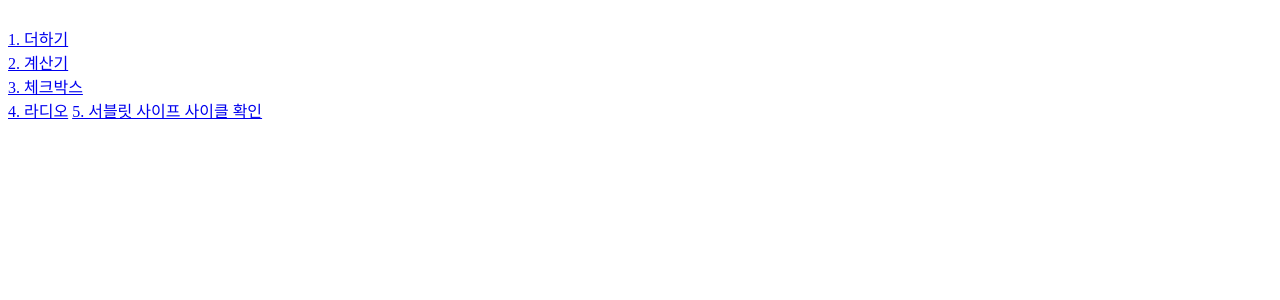
Repository: minimelody/servlet
Page: webworkspace2/web1/WebContent/index.html
An editor plug-in stored every save of this project. The page is shown before and after the next save, followed by the edit.
The browser window is 1280 px wide. The pictures show the whole page.

Above is the page before, as saved 2018-05-18 00:55:22.

### webworkspace2/web1/WebContent/index.html
<!DOCTYPE html>
<html>
<head>
<meta charset="UTF-8">
<title>미경의 홈페이지</title>
</head>
<body>
	<br>
	<a href="views/ex1/add.html">1. 더하기</a><br>
	<a href="views/ex1/cal.html">2. 계산기</a><br>
	<a href="views/ex1/check.html">3. 체크박스</a><br>
	<a href="views/ex1/radio.html">4. 라디오</a>
	<a href="views/ex1/life.html">5. 서블릿 사이프 사이클 확인</a>
</body>
</html>

After the next save:
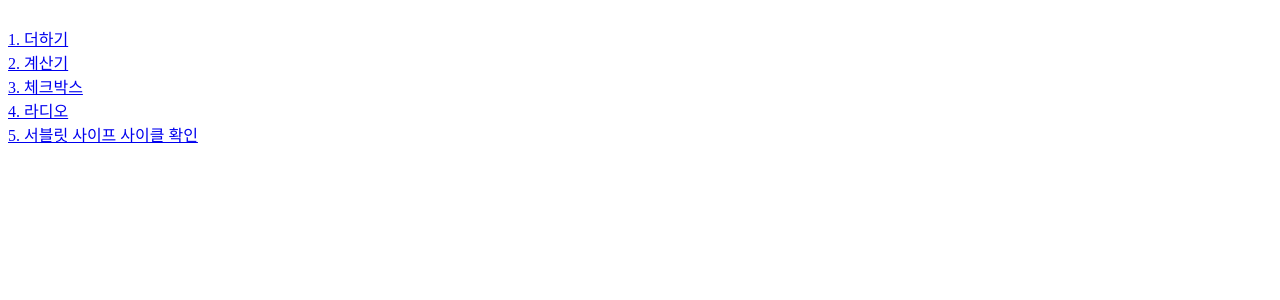
Saved 14 s later.
--- a/webworkspace2/web1/WebContent/index.html
+++ b/webworkspace2/web1/WebContent/index.html
@@ -9,7 +9,7 @@
 	<a href="views/ex1/add.html">1. 더하기</a><br>
 	<a href="views/ex1/cal.html">2. 계산기</a><br>
 	<a href="views/ex1/check.html">3. 체크박스</a><br>
-	<a href="views/ex1/radio.html">4. 라디오</a>
+	<a href="views/ex1/radio.html">4. 라디오</a><br>
 	<a href="views/ex1/life.html">5. 서블릿 사이프 사이클 확인</a>
 </body>
 </html>
